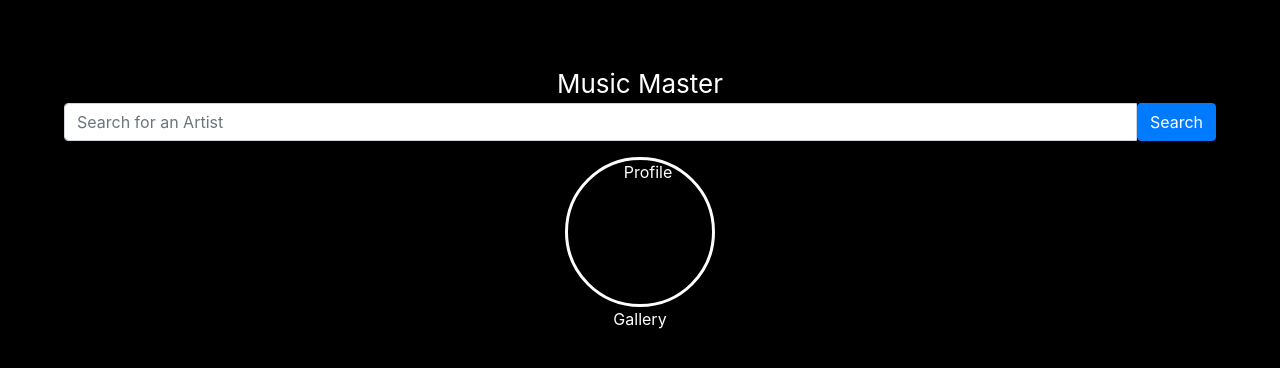
Repository: the-manohar/music
Page: /
These files come from the project's save history. The page is drawn as it stood at one moment and after the next save; the edit follows.
The browser window is 1280 px wide. The pictures show the whole page.
The project was rebuilt for these pictures with package versions that can differ from the ones it lists, and the page was loaded fresh each time.

Above is the page before, as saved 2020-07-19 15:15:48.

After the next save:
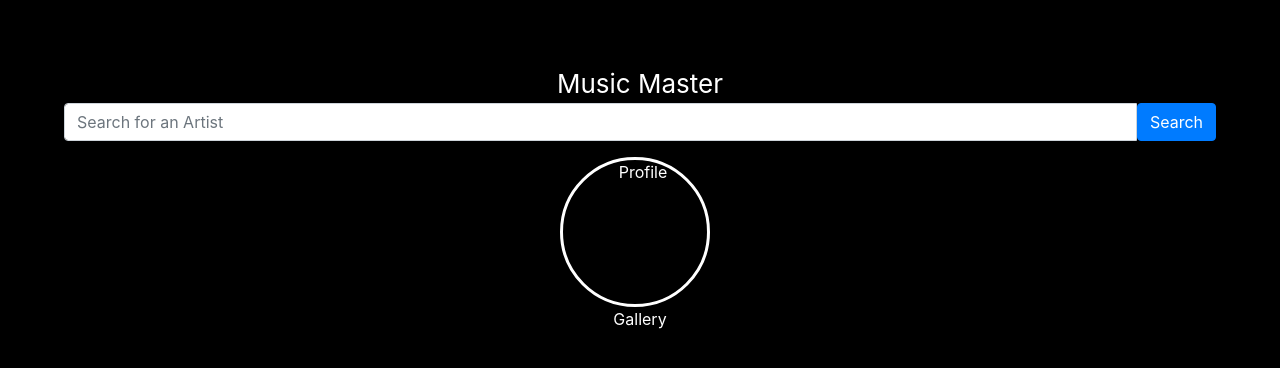
Saved 41 s later.
--- a/src/App.css
+++ b/src/App.css
@@ -15,6 +15,11 @@ body {
   display: flex;
   justify-content: center;
 }
+
+.profile-info {
+  margin-left: 10px;
+  text-align: left;
+}
 .profile-img {
   width: 150px;
   height: 150px;
